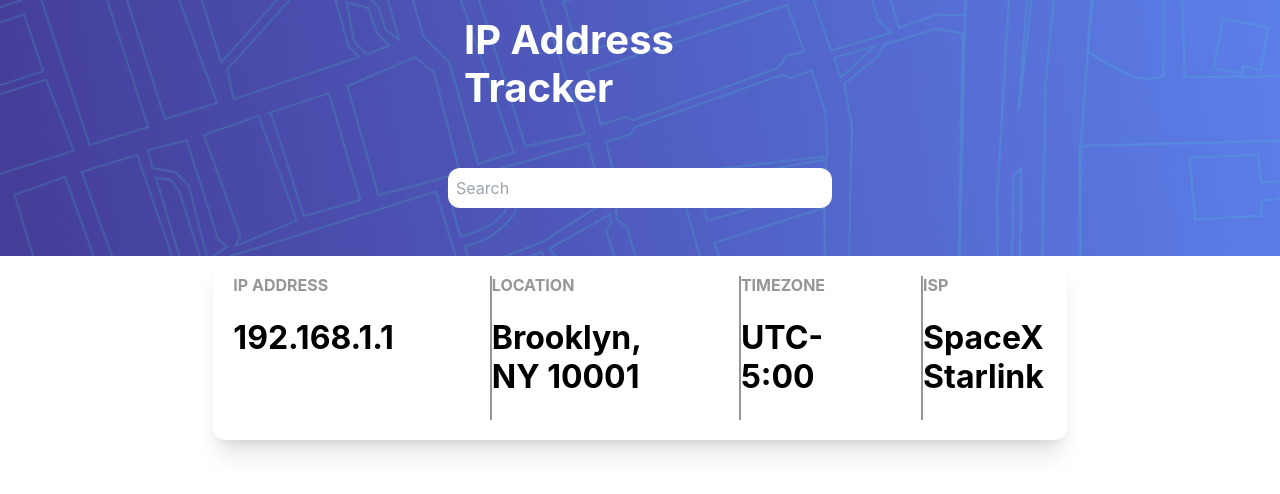
Repository: Dealsy/IP-Tracker
Page: /
An editor plug-in stored every save of this project. The page is shown before and after the next save, followed by the edit.
The browser window is 1280 px wide. The pictures show the whole page.
The project was rebuilt for these pictures with package versions that can differ from the ones it lists, and the page was loaded fresh each time. The framework's server and built-in components were replaced by stand-ins that run in the browser. Also part of the build but not shown: next.config.js.

Above is the page before, as saved 2022-04-21 22:04:12.

After the next save:
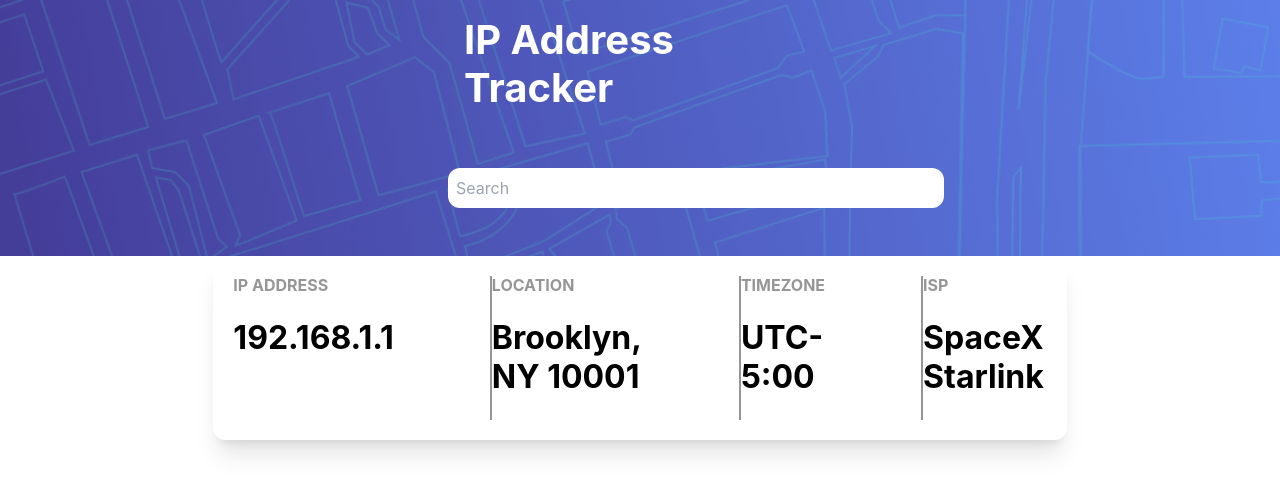
Saved 5 s later.
--- a/pages/index.js
+++ b/pages/index.js
@@ -14,7 +14,7 @@ export default function Home() {
           <h1 className="text-white w-96 m-auto p-4">IP Address Tracker</h1>
           <div className="w-96 m-auto">
             <input
-              className="p-2 w-96 mt-10 rounded-xl"
+              className="p-2 w-115 mt-10 rounded-xl"
               type="search"
               placeholder="Search"
             />
